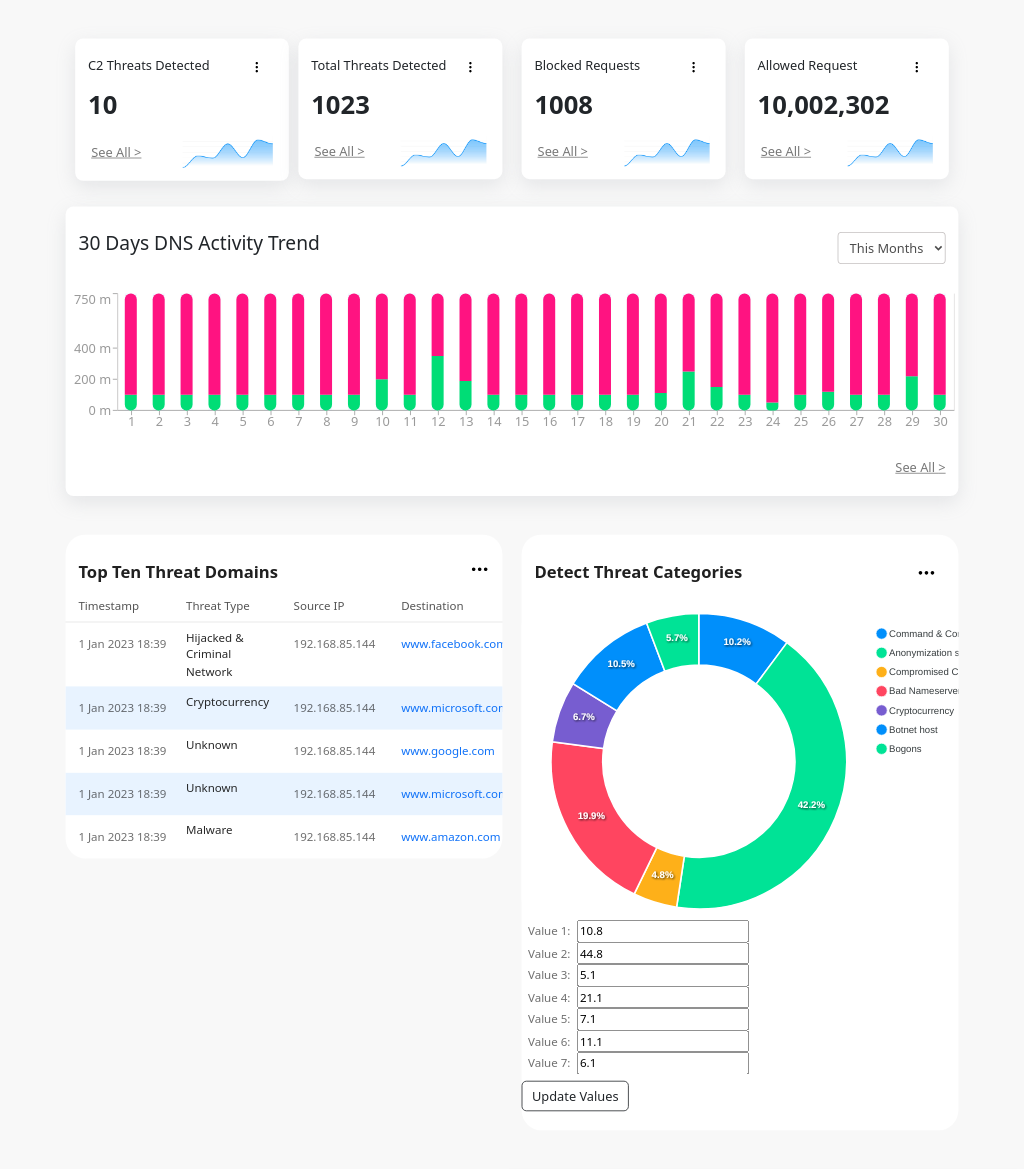
Repository: badhon252/dashboard
Page: /
An editor plug-in stored every save of this project. The page is shown before and after the next save, followed by the edit.
The browser window is 1280 px wide. The pictures show the whole page, at 80% of full size.
The project was rebuilt for these pictures with package versions that can differ from the ones it lists, and the page was loaded fresh each time. Also part of the build but not shown: vite.config.js.

Above is the page before, as saved 2023-01-27 18:22:02.

After the next save:
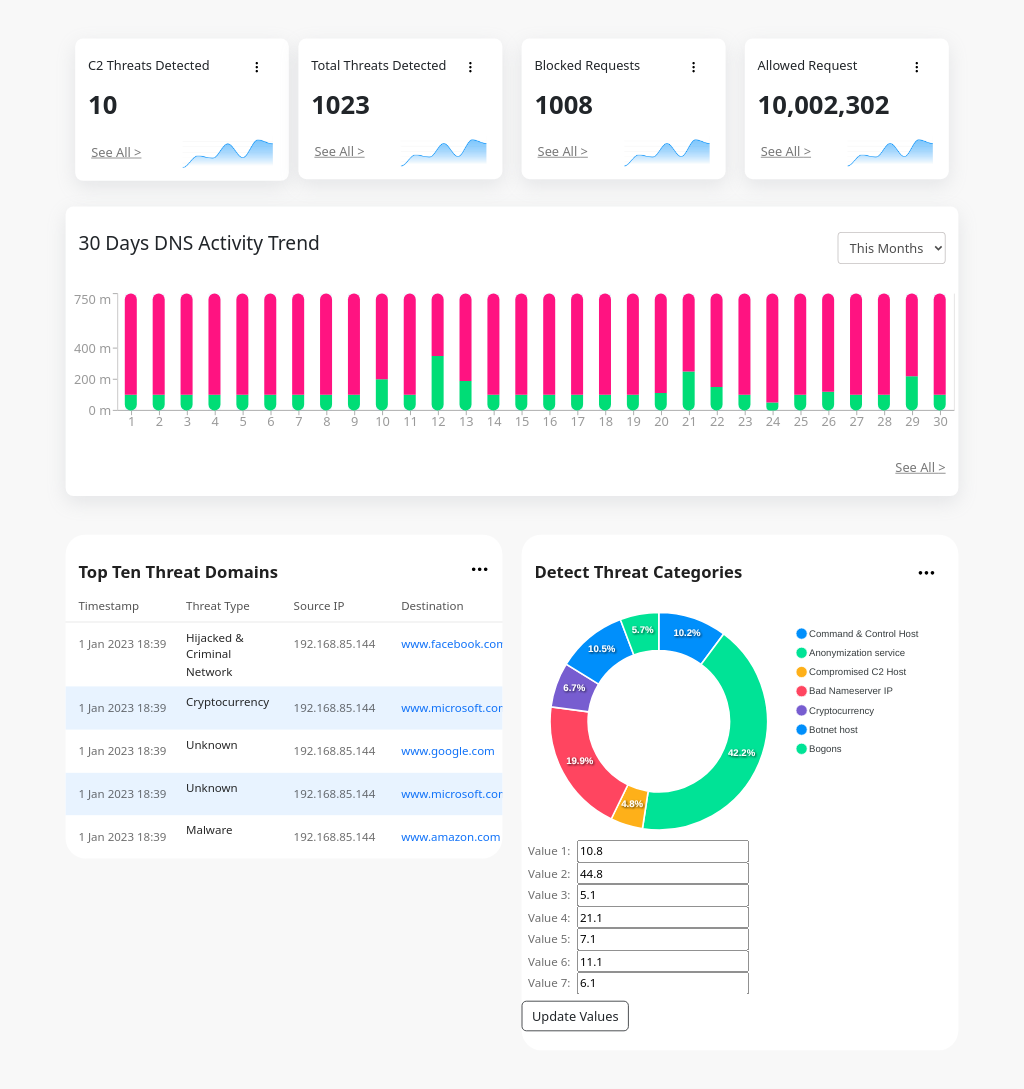
Saved 114 s later.
--- a/src/Components/Analysis/Graph/Graph.jsx
+++ b/src/Components/Analysis/Graph/Graph.jsx
@@ -20,7 +20,7 @@ function Graph({ icon }) {
     <div className="graph">
       <Chart
         type="donut"
-        width={600}
+        width={500}
         series={value}
         options={{
           labels: name,
